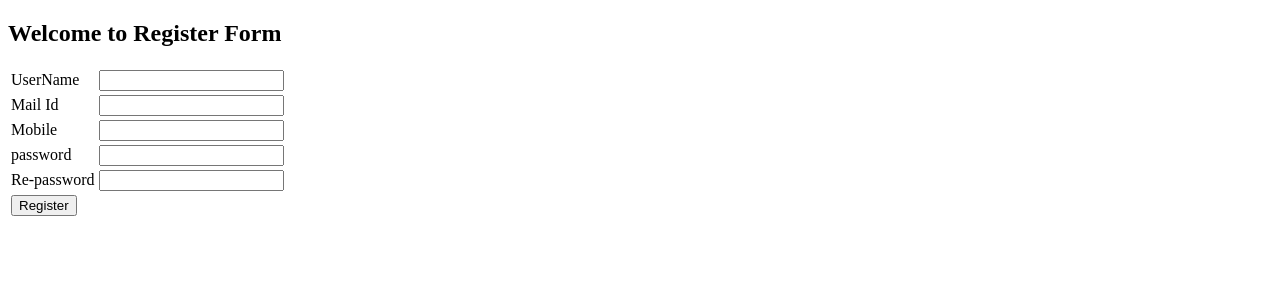
Repository: zeeshan495/Banking_project
Page: http://localhost/Banking/RegisterForm.jsp
The author's editor kept a copy of each file at every save. The page is drawn from the files as they stood at one save, then again after the next save.
The browser window is 1280 px wide. The pictures show the whole page.
The page is served by Tomcat 9. Other server files are loaded and not shown.

Above is the page before, as saved 2018-11-08 11:30:23.

### Banking/WebContent/RegisterForm.jsp
<%@ page language="java" contentType="text/html; charset=ISO-8859-1"
    pageEncoding="ISO-8859-1"%>
<!DOCTYPE html PUBLIC "-//W3C//DTD HTML 4.01 Transitional//EN" "http://www.w3.org/TR/html4/loose.dtd">
<html>
<head>
<meta http-equiv="Content-Type" content="text/html; charset=ISO-8859-1">
<title>Register</title>
</head>
<body>
<h2>Welcome to Register Form</h2>
<form>
<table>
<tr>
<td>UserName</td>
<td><input type="text" id="uName" name="userName"></td>
</tr>
<tr>
<td>Mail Id</td>
<td><input type="text" id="mail" name="mailId"></td>
</tr>
<tr>
<td>Mobile</td>
<td><input type="text" id="mobNo" name="mobileNum"></td>
</tr>
<tr>
<td>password</td>
<td><input type="text" id="passwordId" name="password"></td>
</tr>
<tr>
<td>Re-password</td>
<td><input type="text" id="repasswordId" name="repassword"></td>
</tr>
<tr>
					<td><input type="submit" value="Register"></td>
				</tr>
</table>
</form>
</body>
</html>

After the next save:
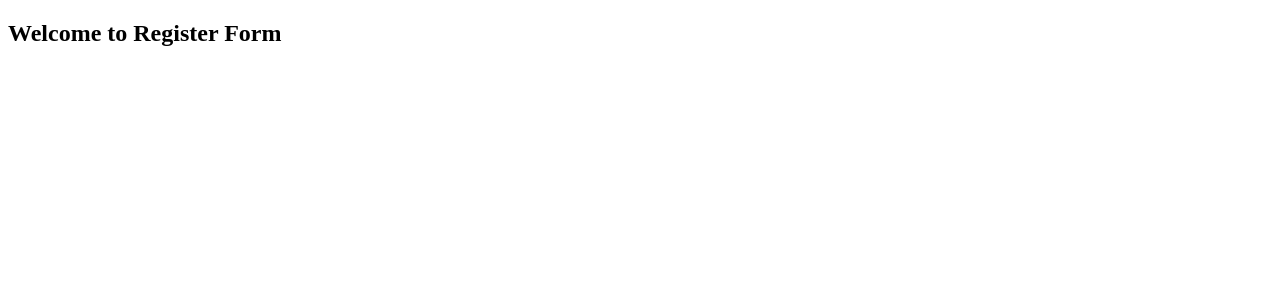
Saved 2 min 42 s later.
--- a/Banking/WebContent/RegisterForm.jsp
+++ b/Banking/WebContent/RegisterForm.jsp
@@ -9,7 +9,7 @@
 <body>
 <h2>Welcome to Register Form</h2>
 <form>
-<table>
+<!-- <table>
 <tr>
 <td>UserName</td>
 <td><input type="text" id="uName" name="userName"></td>
@@ -33,7 +33,7 @@
 <tr>
 					<td><input type="submit" value="Register"></td>
 				</tr>
-</table>
+</table> -->
 </form>
 </body>
 </html>
